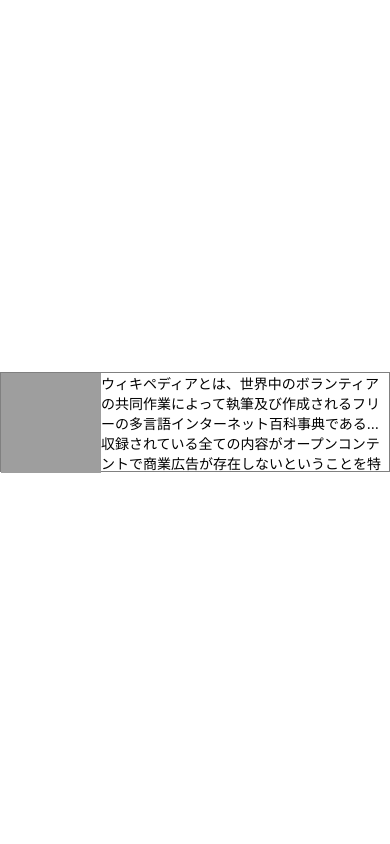
Repository: kawamoto0429/udemy_news
Screen: /
An editor plug-in stored every save of this project. The screen is shown before and after the next save, followed by the edit.
Pictures or frames that could not be fetched are drawn as grey boxes. The app was drawn by React Native's web renderer in a window 390 px wide. The project was rebuilt for these pictures with package versions that can differ from the ones it lists, and the page was loaded fresh each time.

Above is the screen before, as saved 2022-03-02 21:02:31.

After the next save:
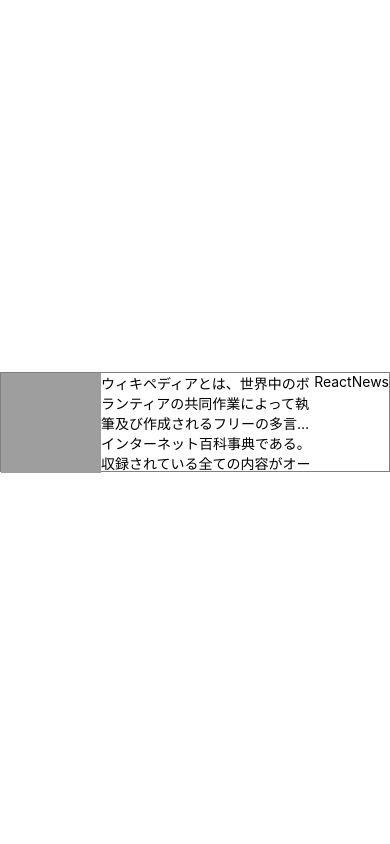
Saved 33 s later.
--- a/App.js
+++ b/App.js
@@ -44,6 +44,9 @@
           <Text numberOfLines={3}>
           ウィキペディアとは、世界中のボランティアの共同作業によって執筆及び作成されるフリーの多言語インターネット百科事典である。収録されている全ての内容がオープンコンテントで商業広告が存在しないということを特徴とし、主に寄付に依って活動している非営利団体「ウィキメディア財団」が所有・運営している
           </Text>
+          <Text>
+            ReactNews
+          </Text>
       </View>
     </View>
   );
